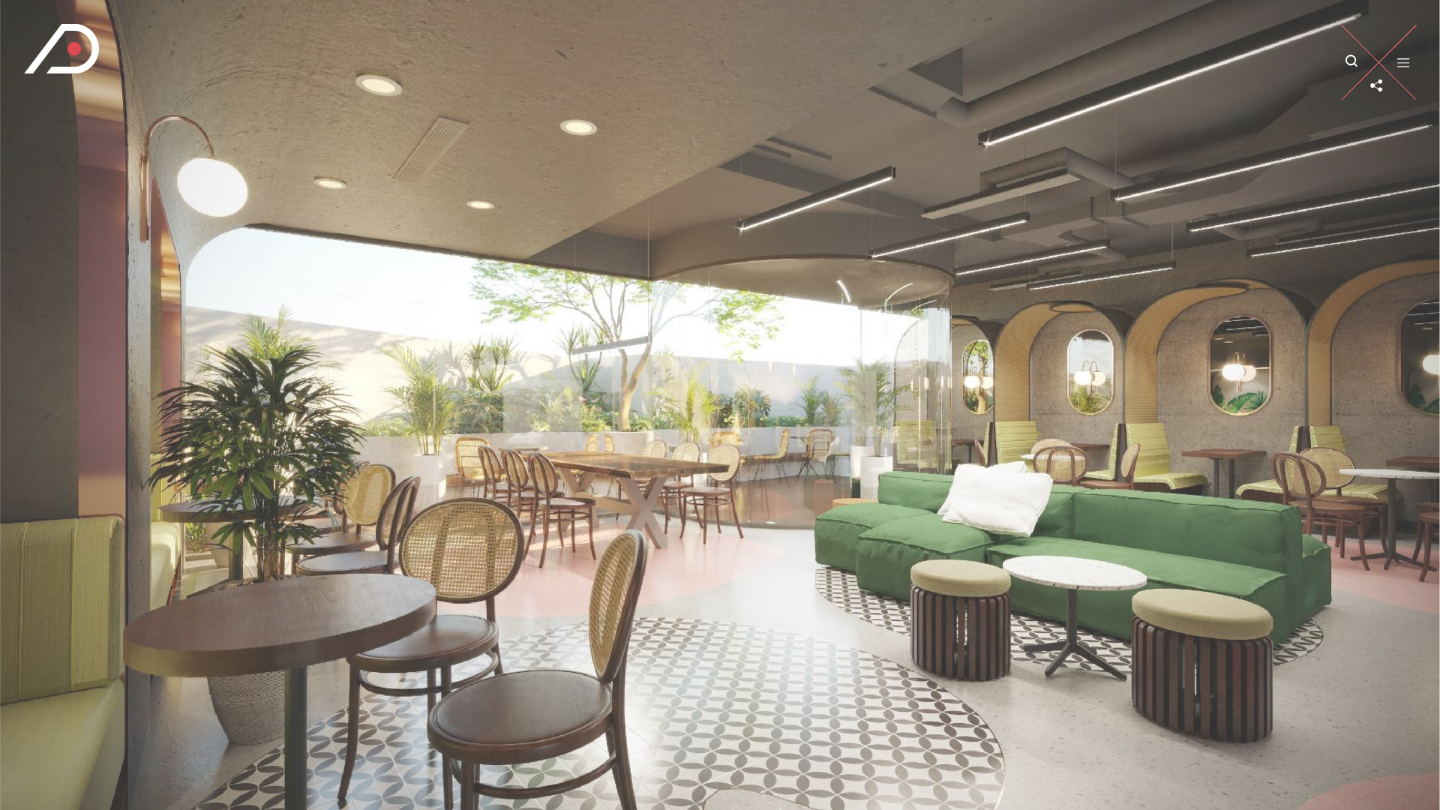
Repository: iphoneboy46/demoMonaFigma
Page: index.html
The author's editor kept a copy of each file at every save. The page is drawn from the files as they stood at one save, then again after the next save.
The browser window is 1280 px wide. The page is 1920 px wide, so the pictures cover 1920 px, including what lies to the right of the window. The pictures show the whole page, at 75% of full size.

Above is the page before, as saved 2023-03-20 12:07:43.

After the next save:
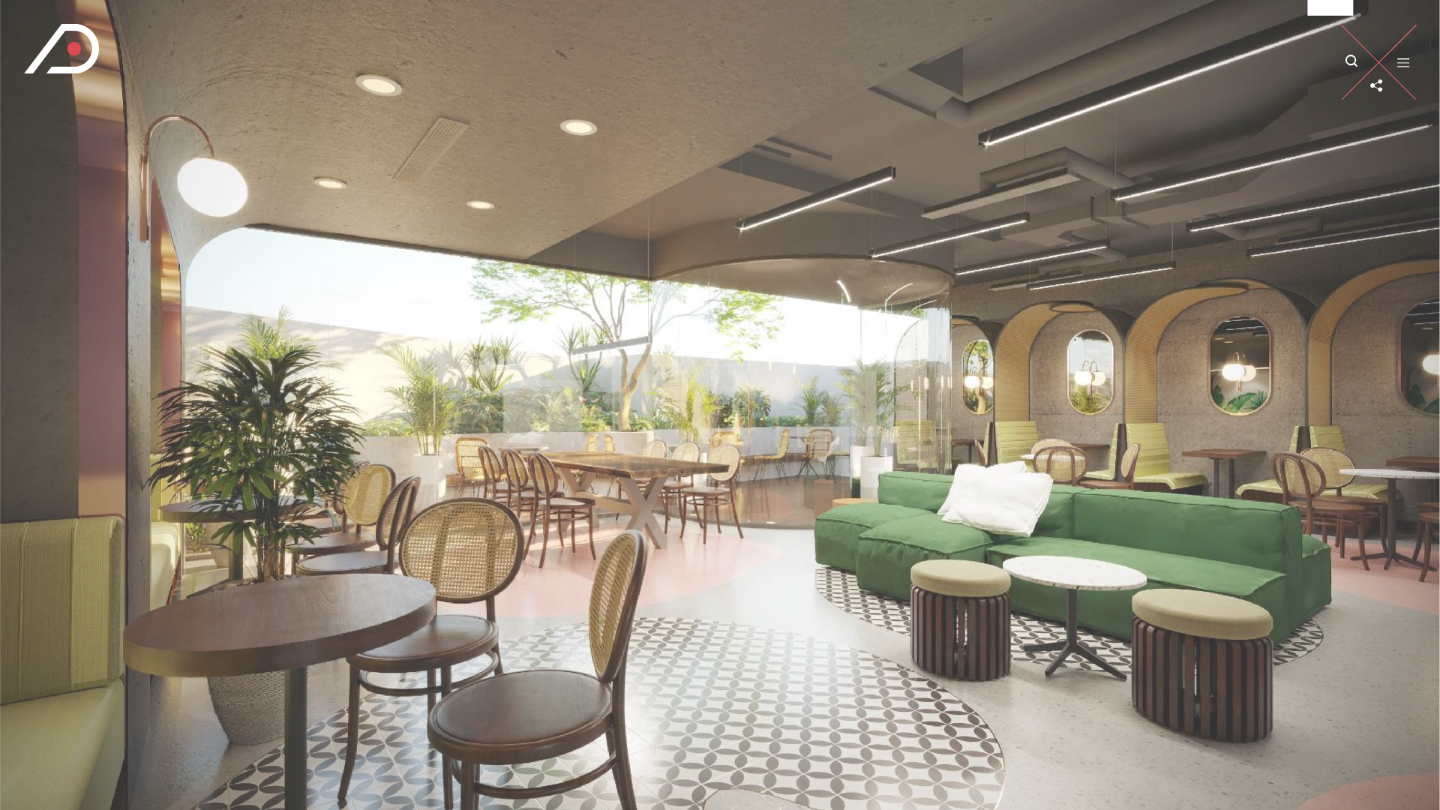
Saved 9 s later.
--- a/style.css
+++ b/style.css
@@ -160,7 +160,7 @@
     color: white;
     font-size: 14px;
     font-weight: 700;
-    padding: 10px;
+    padding: 20px;
     z-index: 2;
 }
 

After the save that followed:
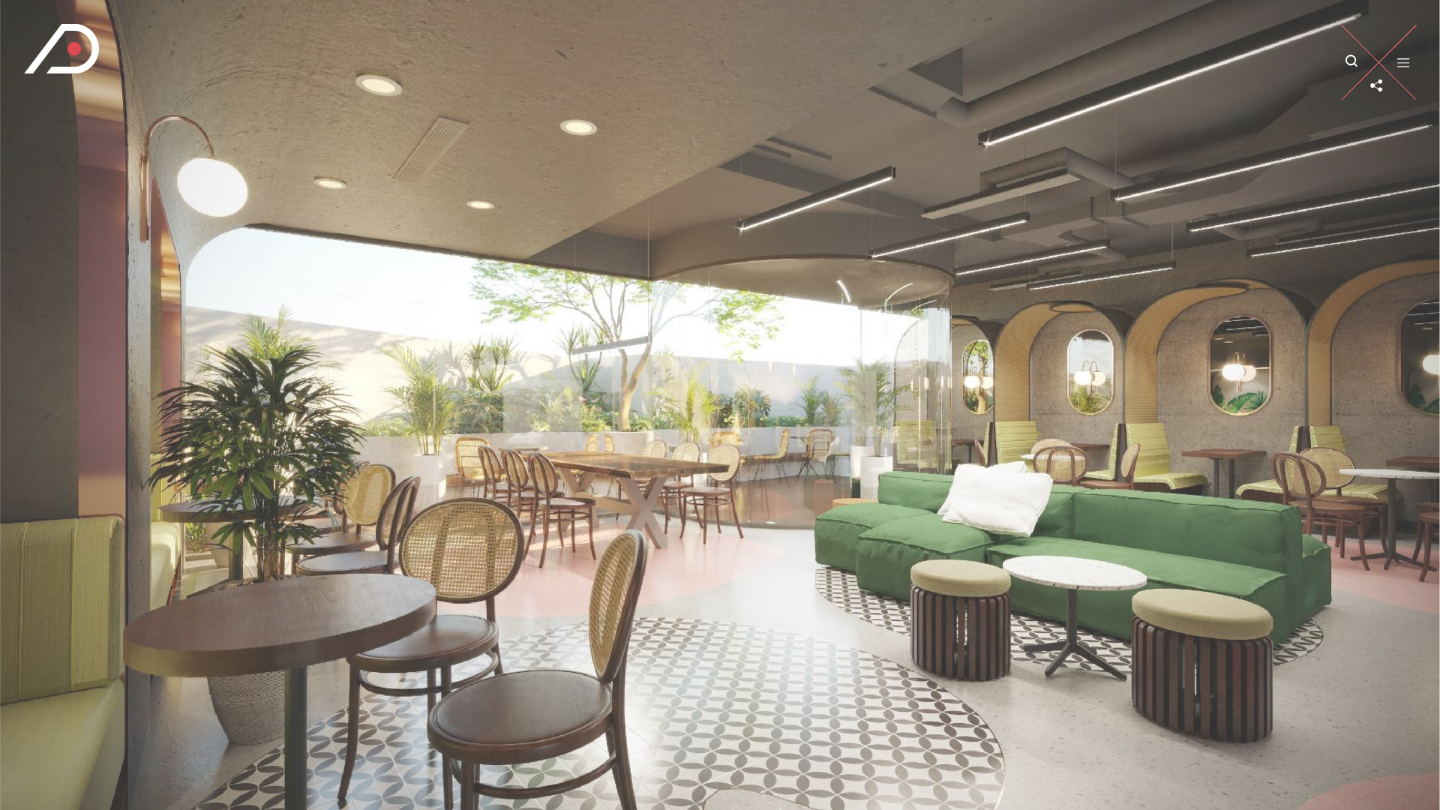
Saved 17 s later.
--- a/style.css
+++ b/style.css
@@ -160,7 +160,7 @@
     color: white;
     font-size: 14px;
     font-weight: 700;
-    padding: 20px;
+    padding: 10px;
     z-index: 2;
 }
 
